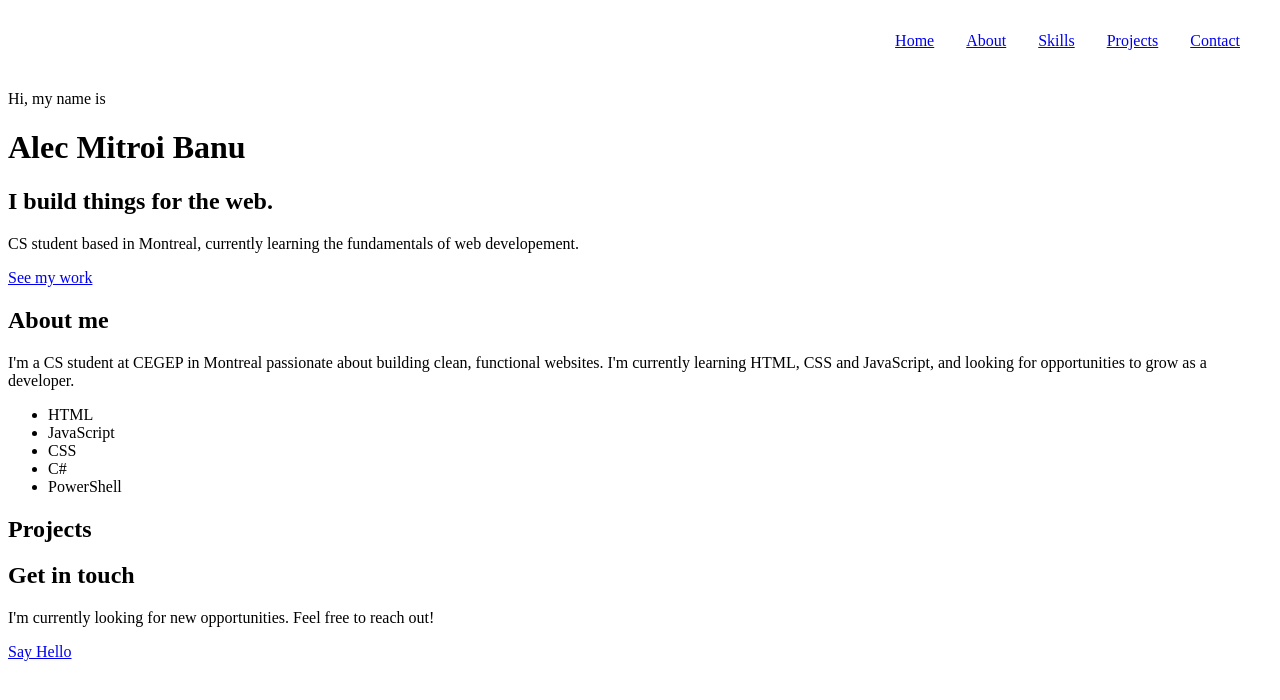
Repository: Alec-Banu/Alec-Banu
Page: index.html
The author's editor kept a copy of each file at every save. The page is drawn from the files as they stood at one save, then again after the next save.
The browser window is 1280 px wide. The pictures show the whole page.

Above is the page before, as saved 2026-04-22 12:54:50.

### index.html
<!doctype html>
<html lang="en">
  <head>
    <meta charset="UTF-8" />
    <meta name="viewport" content="width=device-width, initial-scale=1.0" />
    <title>Alec Mitroi Banu</title>
    <link rel="stylesheet" href="./styles/globals.css" />
    <link rel="stylesheet" href="./styles/index.css" />
  </head>
  <body>
    <!-- Nav  -->
    <nav>
      <a href="#hero">Home</a>
      <a href="#about">About</a>
      <a href="#skills">Skills</a>
      <a href="#projects">Projects</a>
      <a href="#contact">Contact</a>
    </nav>

    <!-- Hero  -->
    <hero>
      <p>Hi, my name is</p>
      <h1>Alec Mitroi Banu</h1>
      <h2>I build things for the web.</h2>
      <p>
        CS student based in Montreal, currently learning the fundamentals of web
        developement.
      </p>
      <a href="#projects">See my work</a>
    </hero>

    <!-- About  -->
    <about>
      <h2>About me</h2>
      <p>
        I'm a CS student at CEGEP in Montreal passionate about building clean,
        functional websites. I'm currently learning HTML, CSS and JavaScript,
        and looking for opportunities to grow as a developer.
      </p>
    </about>

    <!-- Skills  -->
    <skills>
      <ul>
        <li>HTML</li>
        <li>JavaScript</li>
        <li>CSS</li>
        <li>C#</li>
        <li>PowerShell</li>
      </ul>
    </skills>

    <!-- Projects -->
    <projects>
      <h2>Projects</h2>
    </projects>

    <!-- Contact -->
    <contact>
      <h2>Get in touch</h2>
      <p>
        I'm currently looking for new opportunities. Feel free to reach out!
      </p>
      <a href="mailto:alecbanu@yahoo.com">Say Hello</a>
    </contact>
  </body>
</html>

### styles/index.css
nav {
    display: flex;
    gap: 2rem;
    padding: 1.5rem 2rem;
    justify-content: flex-end;
    position: sticky;
    top: 0;
}

Loaded but not shown: styles/globals.css (no stored copy; drawn as an empty file)

After the next save:
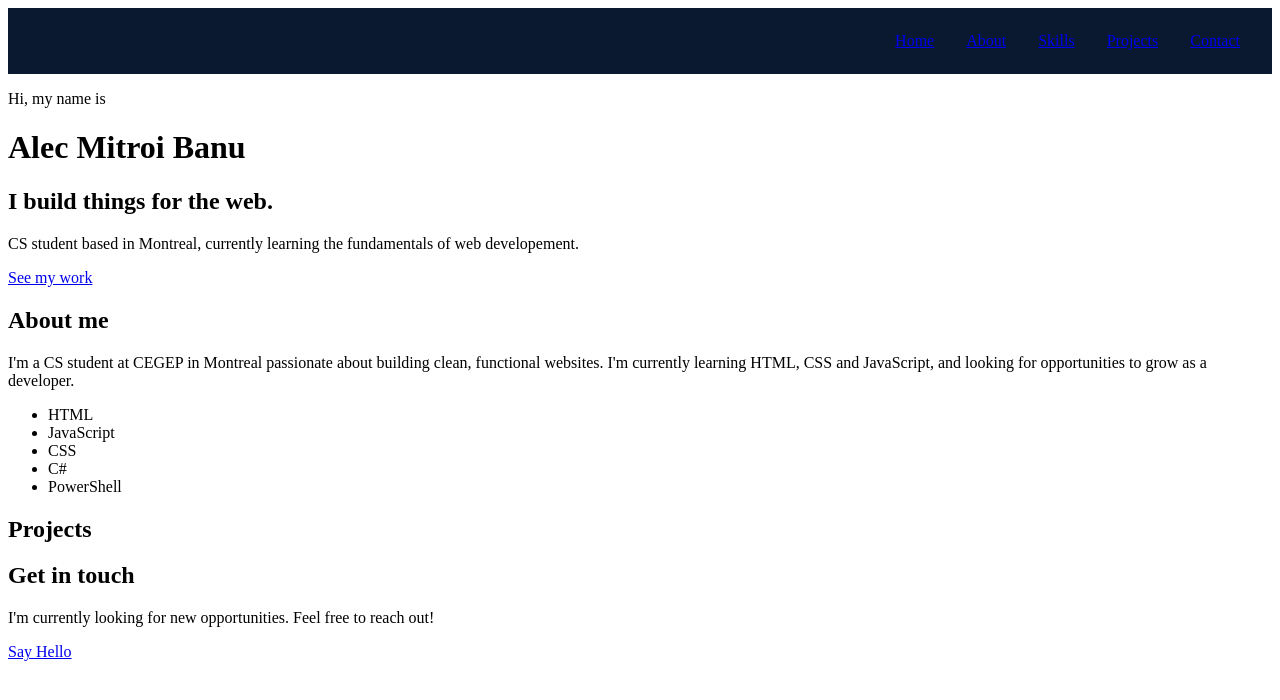
Saved 20 min 31 s later.
--- a/styles/index.css
+++ b/styles/index.css
@@ -1,8 +1,12 @@
 nav {
-    display: flex;
-    gap: 2rem;
-    padding: 1.5rem 2rem;
-    justify-content: flex-end;
-    position: sticky;
-    top: 0;
+  display: flex;
+  gap: 2rem;
+  padding: 1.5rem 2rem;
+  justify-content: flex-end;
+  position: sticky;
+  top: 0;
+  background-color: #0a192f;
 }
+
+#hero {
+}
